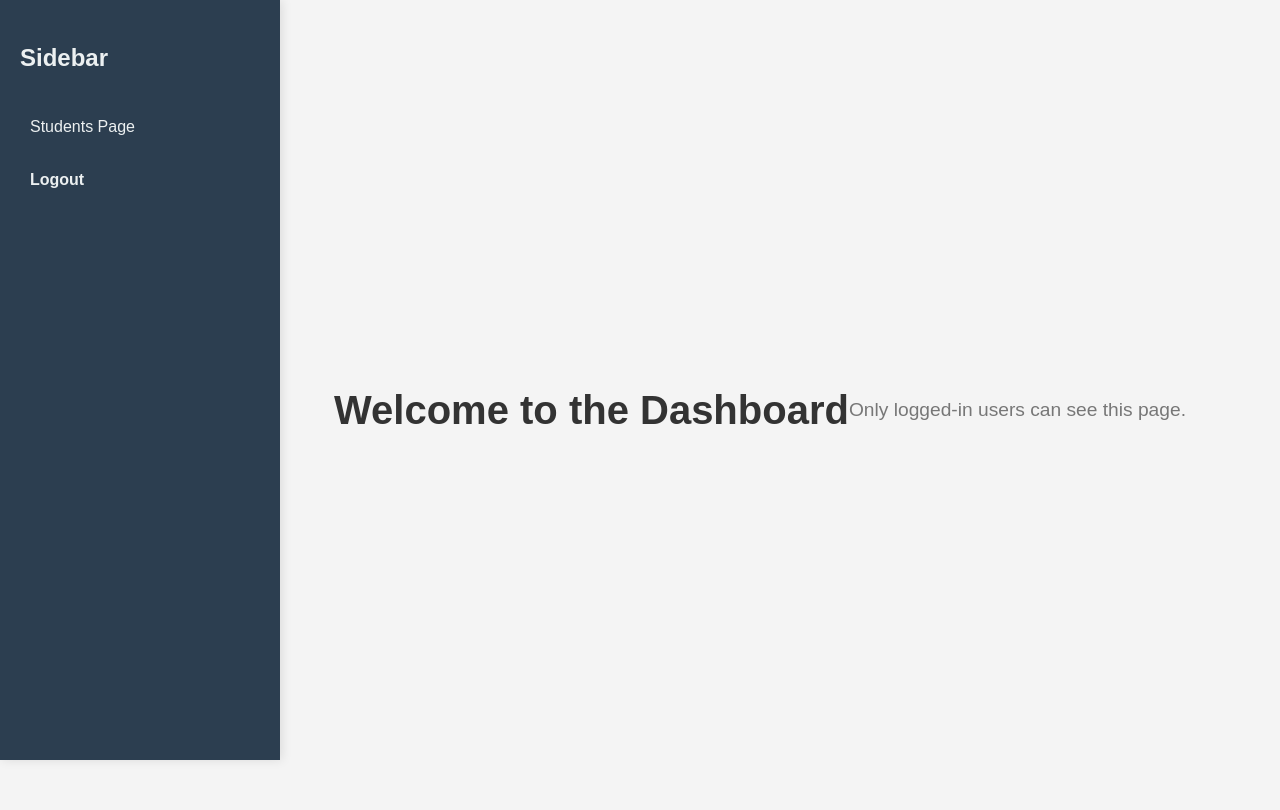
Repository: sharmisthak16/Student-Assignment
Page: /dashboard (app in my-project/)
The author's editor kept a copy of each file at every save. The page is drawn from the files as they stood at one save, then again after a run of saves.
The browser window is 1280 px wide. The pictures show the whole page.
The project was rebuilt for these pictures with package versions that can differ from the ones it lists, and the page was loaded fresh each time. Also part of the build but not shown: my-project/vite.config.js, my-project/src/components/firebase.js, my-project/src/components/LoginForm.css, my-project/src/components/LoginForm.jsx, my-project/src/components/HomeButtons.css, my-project/src/components/HomeButtons.jsx, my-project/src/Pages/Home.jsx, my-project/src/components/StudentTable.css and 2 more.

Above is the page before, as saved 2025-01-30 23:08:34.

### my-project/index.html
<!doctype html>
<html lang="en">
  <head>
    <meta charset="UTF-8" />

    <meta name="viewport" content="width=device-width, initial-scale=1.0" />
    <title>Assignment</title>
  </head>
  <body>
    <div id="root"></div>
    <script type="module" src="/src/main.jsx"></script>
  </body>
</html>

### my-project/src/App.jsx
import React from 'react';
import { BrowserRouter as Router, Route, Routes } from 'react-router-dom'; // Use Routes instead of Switch
import LoginForm from './components/LoginForm';
import Dashboard from './components/Dashboard'; // Create this component for the dashboard page
import Home from './Pages/Home';
import StudentTable from './components/StudentTable';
import AddStudentModal from './components/AddStudentModal'

function App() {
  return (
    <Router>
      <Routes>
      <Route path='/' element={<Home/>} />
        <Route path="/LoginForm" element={<LoginForm />} /> {/* Use element instead of component */}
        <Route path="/dashboard" element={<Dashboard />} /> {/* Use element instead of component */}
       <Route path="/StudentTable" element={<StudentTable />}  />
       <Route path="/AddStudentModal" element={<AddStudentModal/>}  />
      </Routes>
    </Router>
  );
}

export default App;

### my-project/src/components/Dashboard.jsx
// src/Dashboard.jsx
import React from 'react';
import { Link, useNavigate } from 'react-router-dom';
import './Dashboard.css';

const Dashboard = () => {
  const navigate = useNavigate();

  const handleLogout = () => {
    // Clear session storage or remove tokens (this depends on how you're managing auth)
    sessionStorage.removeItem('user'); // example, replace with your own method
    navigate('/LoginForm'); // Navigate to login page after logging out
  };

  return (
    <div className="dashboard-container">
      <div className="sidebar">
        <h3>Sidebar</h3>
        <ul>
          <li>
            <Link to="/students" className="sidebar-link">Students Page</Link>
          </li>
          <li>

            <button onClick={handleLogout} className="logout-btn">Logout</button>
          </li>
        </ul>
      </div>
      <div className="content">
        <h1>Welcome to the Dashboard</h1>
        <p>Only logged-in users can see this page.</p>
      </div>
    </div>
  );
};

export default Dashboard;

### my-project/src/components/Dashboard.css
/* General Dashboard Styling */
.dashboard-container {
    display: flex;
    height: 100vh;''
    font-family: Arial, sans-serif;
}

.sidebar {
    position: fixed; /* Keep the sidebar fixed on the left */
    top: 0;
    left: 0;
    width: 240px;
    height: 100vh; /* Make sidebar full height */
    background-color: #2c3e50;
    color: #ecf0f1;
    padding: 20px;
    box-shadow: 2px 0px 10px rgba(0, 0, 0, 0.1);
    display: flex;
    flex-direction: column;
    z-index: 10; /* Ensure sidebar is above the content */
}

.sidebar h3 {
    font-size: 1.5rem;
    margin-bottom: 20px;
}

.sidebar ul {
    list-style-type: none;
    padding: 0;
}

.sidebar li {
    margin-bottom: 15px;
}

.sidebar-link {
    display: block;
    color: #ecf0f1;
    text-decoration: none;
    padding: 10px;
    border-radius: 5px;
    transition: background-color 0.3s ease;
}

.sidebar-link:hover {
    background-color: #34495e;
}

.logout-btn {
    background: none;
    color: #ecf0f1;
    border: none;
    cursor: pointer;
    text-align: left;
    padding: 10px;
    width: 100%;
    font-size: 1rem;
    transition: background-color 0.3s ease;
}

.logout-btn:hover {
    background-color: #e74c3c;
}

/* Main Content Styling */
.content {
    margin-left: 240px; /* Create space for the fixed sidebar */
    flex-grow: 1;
    padding: 40px;
    background-color: #f4f4f4;
    display: flex;
    justify-content: center; /* Center content horizontally */
    align-items: center; /* Center content vertically */
    height: 100vh; /* Full viewport height */
    text-align: center; /* Center text */
}

.content h1 {
    font-size: 2.5rem;
    color: #333;
}

.content p {
    font-size: 1.2rem;
    color: #777;
}

/* Mobile Responsiveness */
@media (max-width: 768px) {
    .dashboard-container {
        flex-direction: column;
    }

    .sidebar {
        width: 100%;
        position: relative; /* Reset position on smaller screens */
    }

    .content {
        margin-left: 0; /* Remove left margin on smaller screens */
        padding-left: 0;
        height: auto; /* Allow height to adjust to content */
    }
}

### my-project/src/components/AddStudentModal.css
/* General Styles */
body {
  font-family: Arial, sans-serif;
  background-color: #f4f4f4;
  display: flex;
  justify-content: center;
  align-items: flex-start; /* Align form at the top */
  height: 100vh;
  margin: 0;
  padding: 10px; /* Small padding to prevent cutting off content */
}

form {
  background-color: #ffffff;
  padding: 10px;
  border-radius: 8px;
  box-shadow: 0 2px 10px rgba(0, 0, 0, 0.1);
  width: 280px; /* Further reduced width */
  max-width: 100%;
  display: flex;
  flex-direction: column;
  gap: 8px; /* Reduced gap */
  overflow-y: auto; /* Allows scrolling if necessary */
}

h2 {
  text-align: center;
  margin-bottom: 10px;
  color: #333;
  font-size: 18px; /* Smaller heading */
  font-weight: 600;
}

/* Form Inputs */
label {
  font-weight: 600;
  font-size: 12px; /* Smaller label font */
  color: #333;
}

input, select, textarea {
  padding: 6px;
  margin-top: 4px;
  margin-bottom: 8px;
  border: 1px solid #ccc;
  border-radius: 4px;
  width: 100%;
  box-sizing: border-box;
  font-size: 12px; /* Smaller input font */
}

textarea {
  height: 50px; /* Further reduced height */
  resize: vertical;
}

input[type="date"] {
  font-size: 12px;
}

/* Button Styles */
button {
  background-color: #007BFF;
  color: white;
  padding: 8px;
  border: none;
  border-radius: 4px;
  cursor: pointer;
  font-size: 14px;
  font-weight: 600;
  width: 100%;
  box-sizing: border-box;
}

button:hover {
  background-color: #0056b3;
}

/* Error Styling (optional) */
input:invalid, select:invalid, textarea:invalid {
  border-color: red;
}

input:invalid:focus, select:invalid:focus, textarea:invalid:focus {
  border-color: #ff4d4d;
}

/* Responsive Design */
@media (max-width: 600px) {
  form {
    width: 100%;
    padding: 8px;
  }

  h2 {
    font-size: 16px; /* Smaller heading on mobile */
  }

  input, select, textarea {
    font-size: 11px; /* Smaller input font on mobile */
  }
}

Loaded but not shown: my-project/src/main.jsx (common file); my-project/src/index.css (common file)

After the next 4 saves:
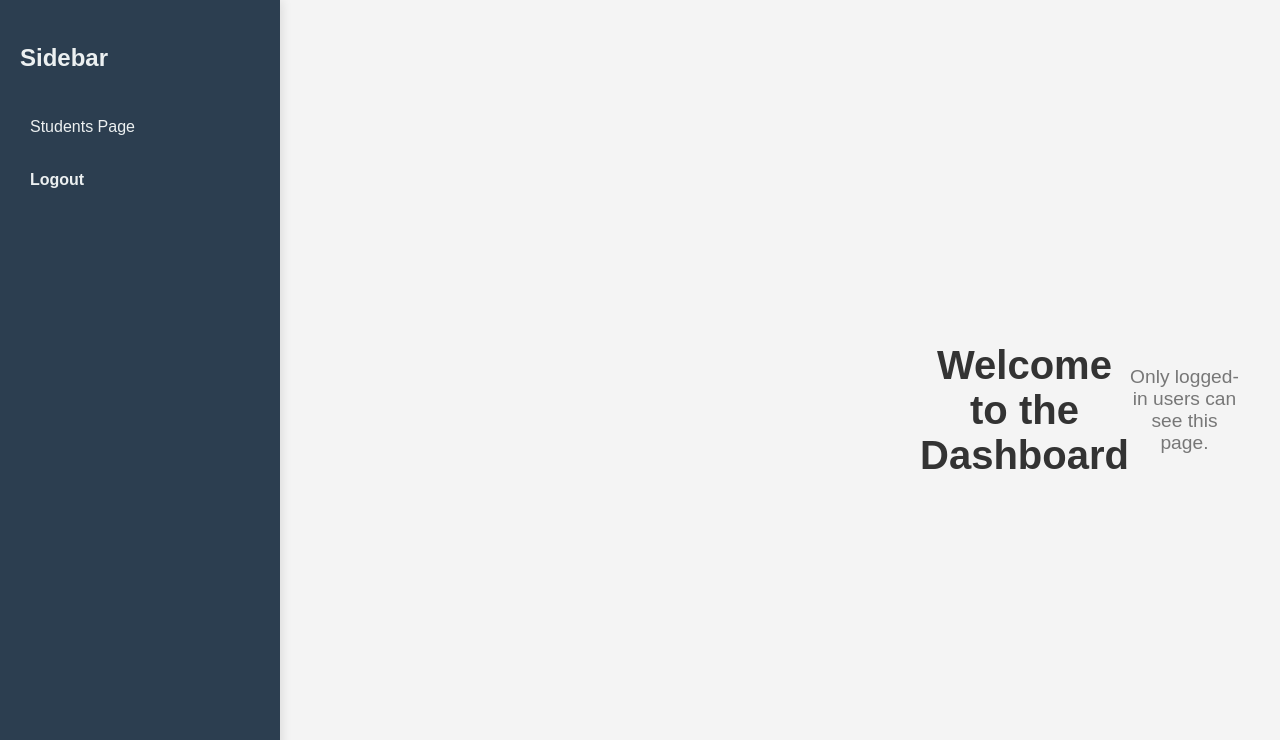
The 4 saves are shown as one change because they came seconds apart.
The last was saved 8 s later.
--- a/my-project/src/components/Dashboard.css
+++ b/my-project/src/components/Dashboard.css
@@ -1,7 +1,8 @@
 /* General Dashboard Styling */
 .dashboard-container {
     display: flex;
-    height: 100vh;''
+    height: 100vh;
+    position: fixed;
     font-family: Arial, sans-serif;
 }
 

After the save that followed:
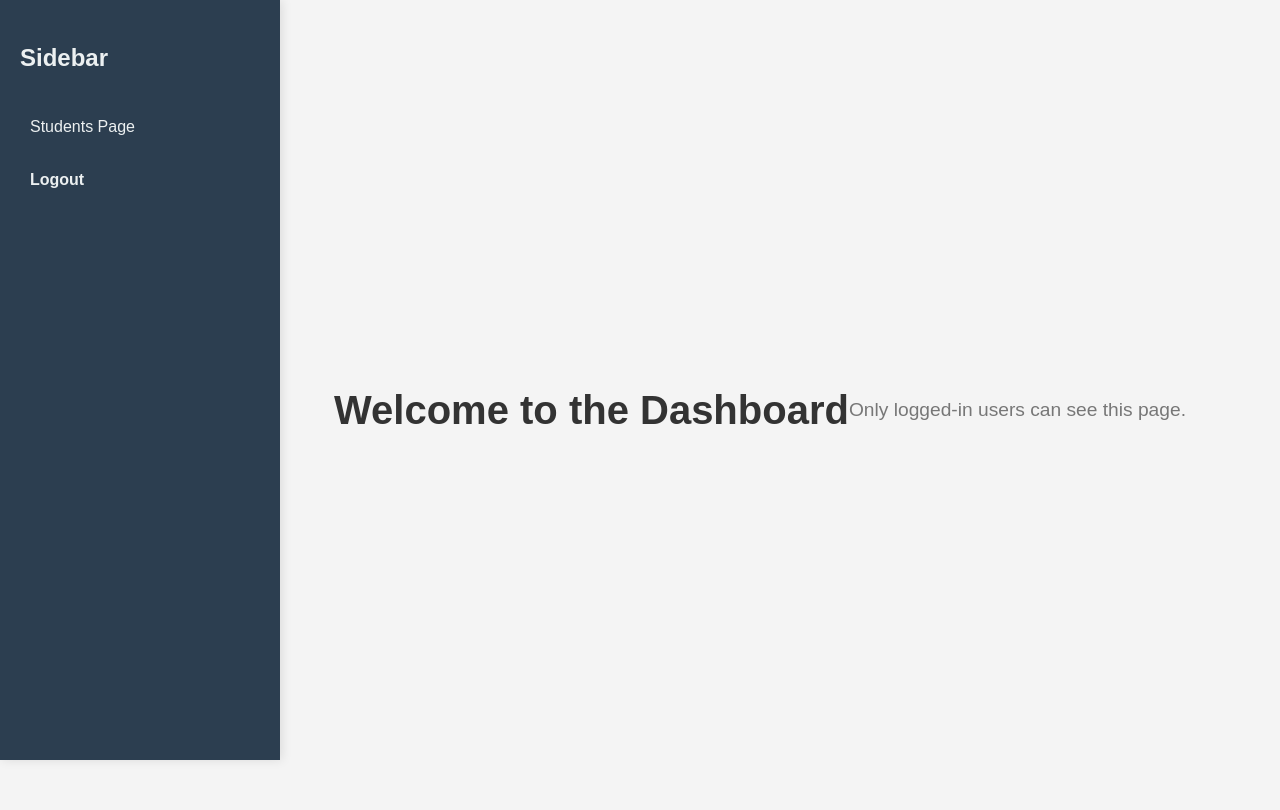
Saved 11 s later.
--- a/my-project/src/components/Dashboard.css
+++ b/my-project/src/components/Dashboard.css
@@ -2,7 +2,7 @@
 .dashboard-container {
     display: flex;
     height: 100vh;
-    position: fixed;
+    position: relative;
     font-family: Arial, sans-serif;
 }
 
